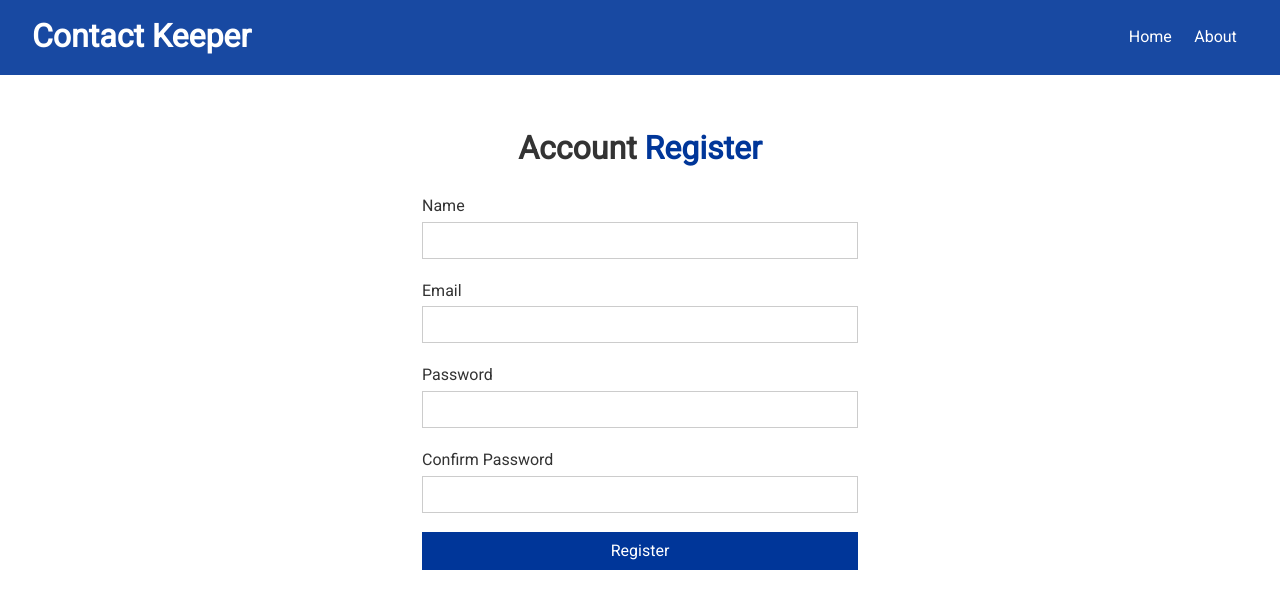
Repository: Izzazkhan/ContactStorage
Page: /register (app in client/)
An editor plug-in stored every save of this project. The page is shown before and after the next save, followed by the edit.
The browser window is 1280 px wide. The pictures show the whole page.
The project was rebuilt for these pictures with package versions that can differ from the ones it lists, and the page was loaded fresh each time. A package was used in the major version that the imports need, not the one package.json lists. Also part of the build but not shown: client/src/components/contacts/ContactItem.js, client/src/components/contacts/Contacts.js, client/src/components/contacts/ContactForm.js, client/src/components/contacts/ContactFilter.js, client/src/components/pages/Home.js, client/src/components/pages/About.js, client/src/components/auth/Login.js.

Above is the page before, as saved 2020-01-24 11:46:40.

After the next save:
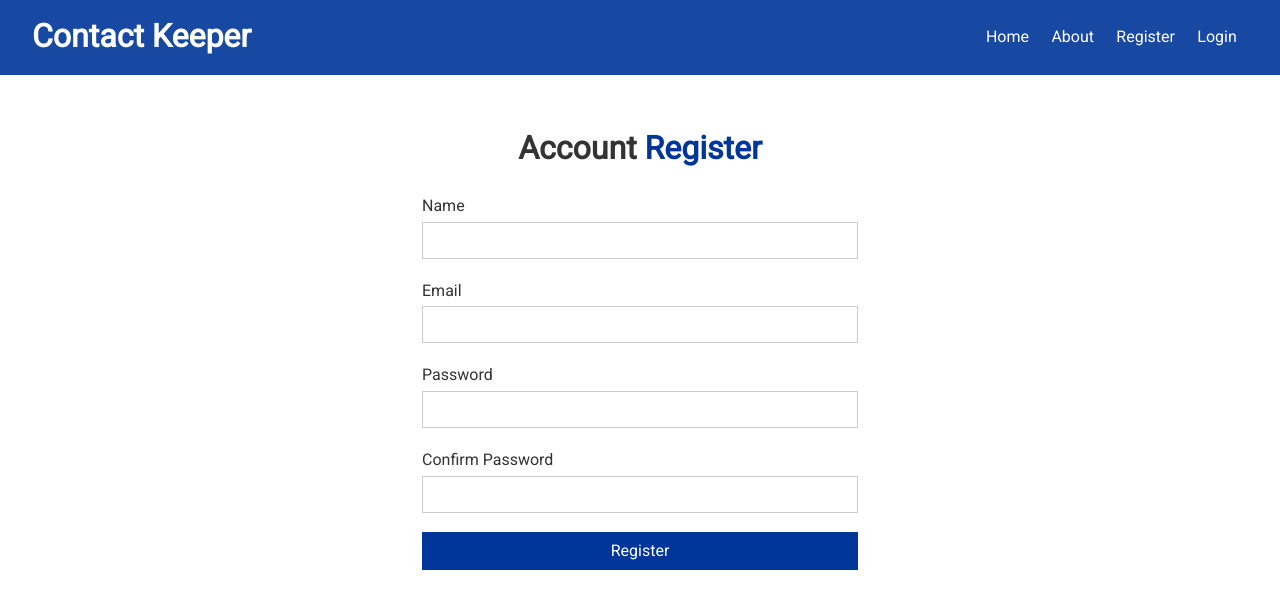
Saved 4 min 55 s later.
--- a/client/src/components/layout/Navbar.js
+++ b/client/src/components/layout/Navbar.js
@@ -14,6 +14,12 @@ const Navbar = ({ title, icon }) => {
                 <li>
                     <Link to='/about'>About</Link>
                 </li>
+                <li>
+                    <Link to='/register'>Register</Link>
+                </li>
+                <li>
+                    <Link to='/login'>Login</Link>
+                </li>
             </ul>
         </div>
     )
